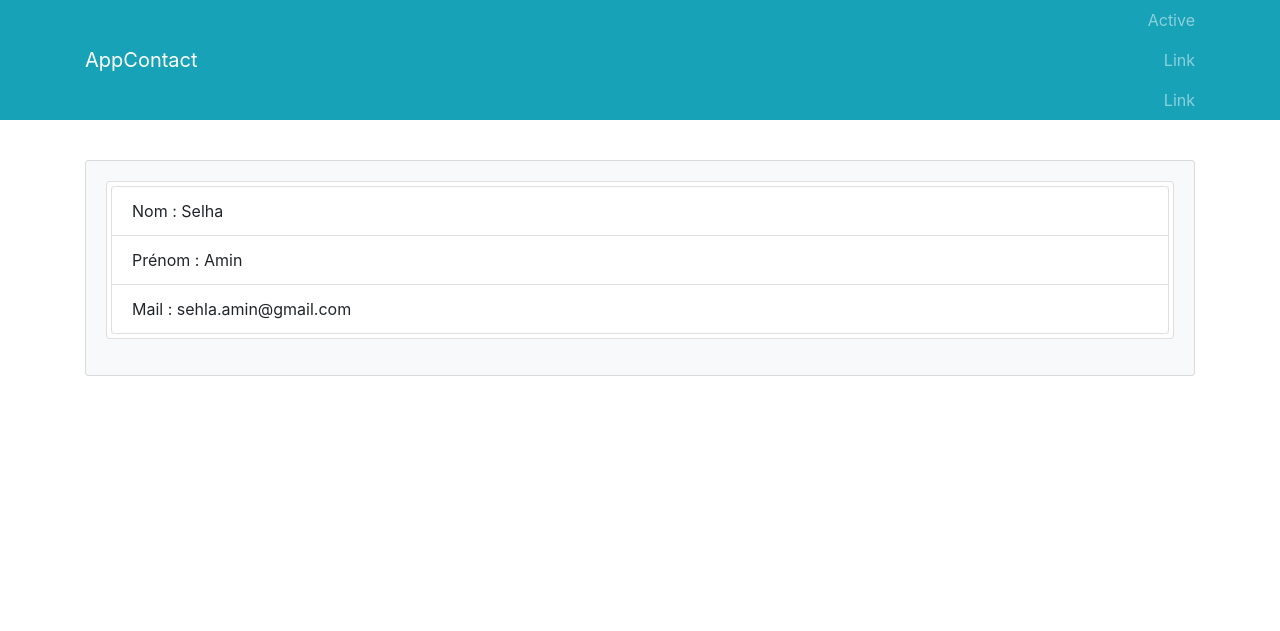
Repository: romgrm/appContact
Page: /
These files come from the project's save history. The page is drawn as it stood at one moment and after the next save; the edit follows.
The browser window is 1280 px wide. The pictures show the whole page.
The project was rebuilt for these pictures with package versions that can differ from the ones it lists, and the page was loaded fresh each time.

Above is the page before, as saved 2020-12-02 20:17:06.

After the next save:
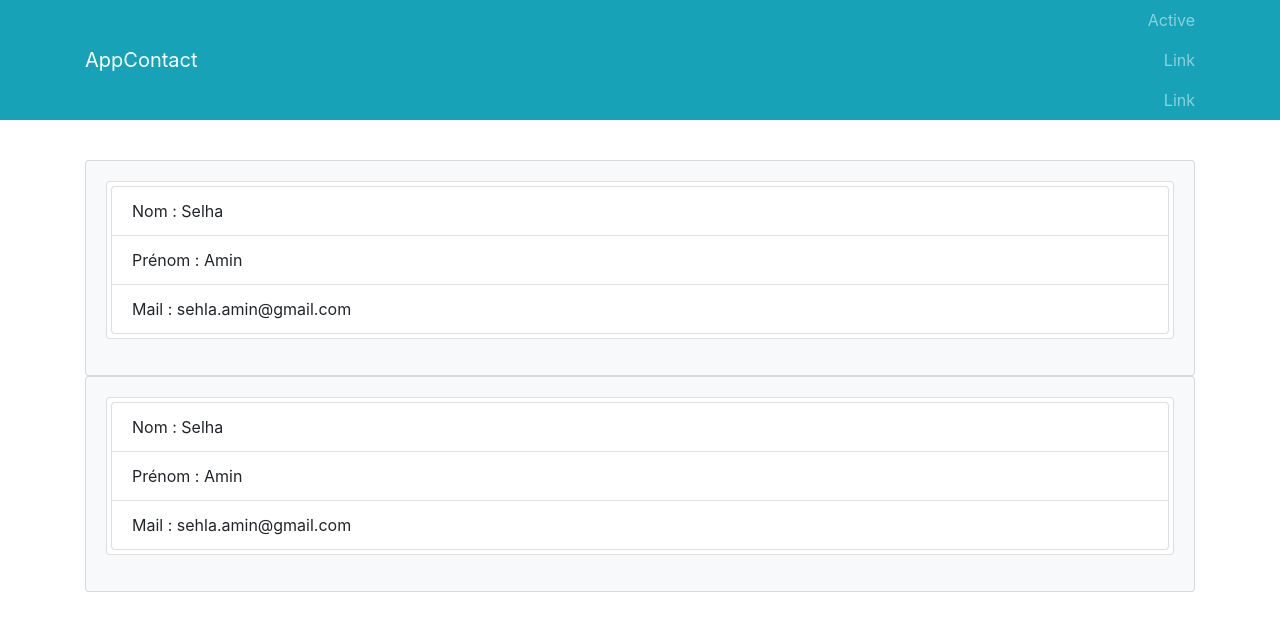
Saved 13 s later.
--- a/src/App.js
+++ b/src/App.js
@@ -10,6 +10,7 @@
       <Header />
       <div className="container pt-4">
         <Liste />
+        <Liste />
       </div>
     </div>
   );

After the 2 saves that followed:
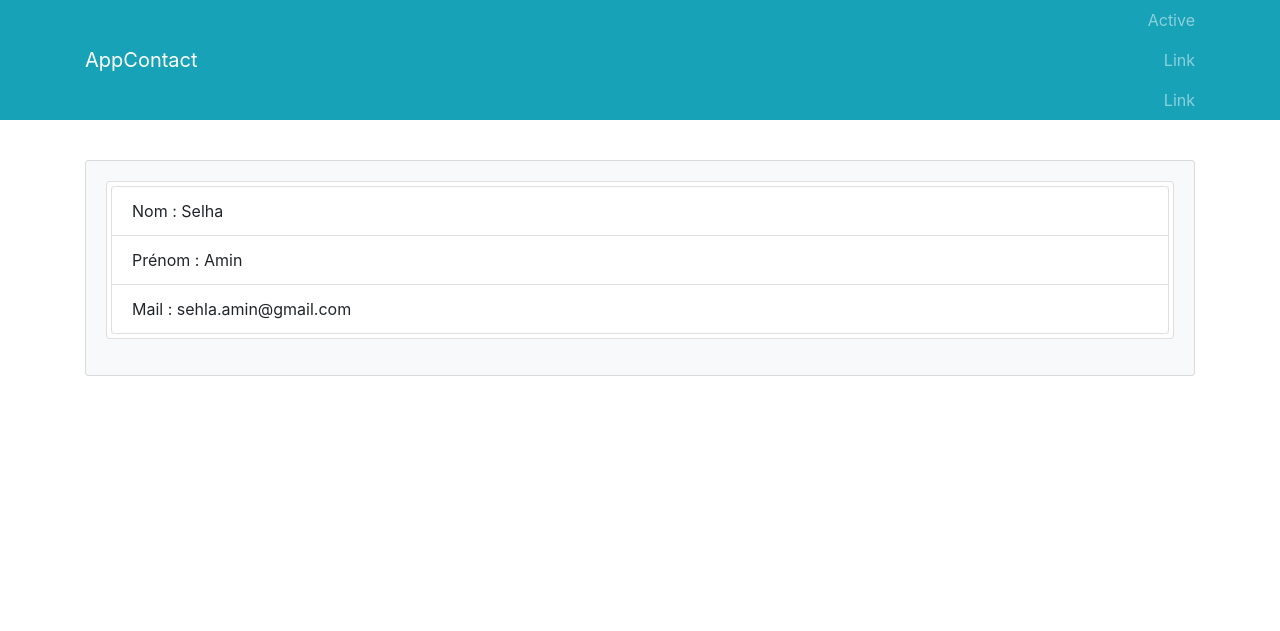
The 2 saves are shown as one change because they came seconds apart.
The last was saved 5 s later.
--- a/src/App.js
+++ b/src/App.js
@@ -10,7 +10,6 @@
       <Header />
       <div className="container pt-4">
         <Liste />
-        <Liste />
       </div>
     </div>
   );
